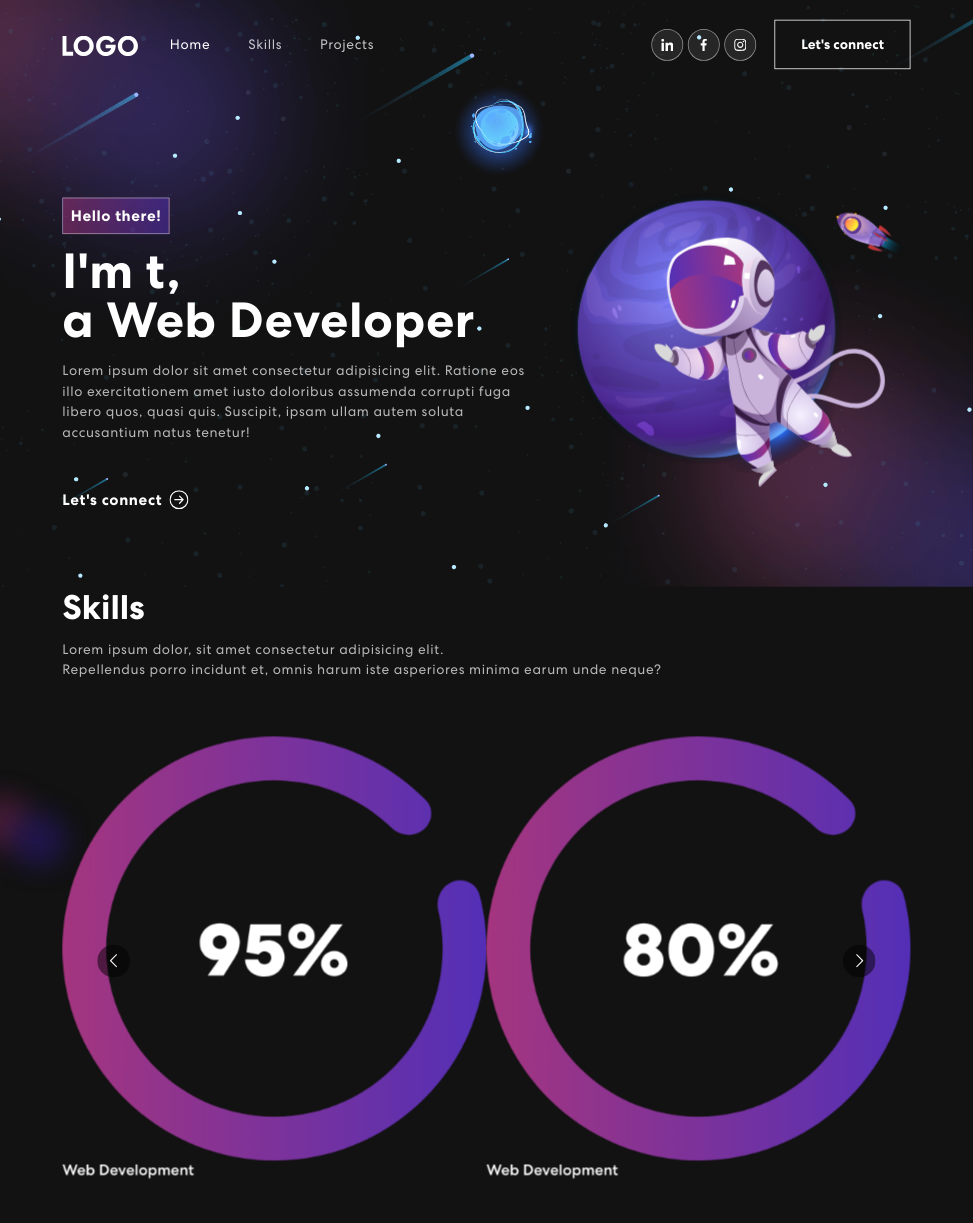
Repository: tynoschuck/personal-space-portfolio
Page: /
An editor plug-in stored every save of this project. The page is shown before and after the next save, followed by the edit.
The browser window is 1280 px wide. The pictures show the whole page, at 76% of full size.
The project was rebuilt for these pictures with package versions that can differ from the ones it lists, and the page was loaded fresh each time.

Above is the page before, as saved 2023-01-02 13:28:49.

### src/App.js
import logo from "./logo.svg";
import "./App.css";
import { NavBar } from "./components/NavBar";
import { Banner } from "./components/Banner";
import { Skills } from "./components/Skills";
import "bootstrap/dist/css/bootstrap.min.css";

function App() {
  return (
    <div className="App">
      <NavBar />
      <Banner />
      <Skills />
    </div>
  );
}

export default App;

### src/App.css
@font-face {
  font-family: Centra;
  src: url('./assets/font/CentraNo2-Bold.ttf');
  font-weight: 700;
}
@font-face {
  font-family: Centra;
  src: url('./assets/font/CentraNo2-Book.ttf');
  font-weight: 400;
}
@font-face {
  font-family: Centra;
  src: url('./assets/font/CentraNo2-Medium.ttf');
  font-weight: 500;
}

* {
  margin: 0;
  padding: 0;
  box-sizing: border-box;
}
html {
  scroll-behavior: smooth;
  scroll-padding-top: 75px;
}
body {
  font-weight: 400;
  overflow-x: hidden;
  position: relative;
  background-color: #121212 !important;
  color: #fff !important;
  font-family: Centra, sans-serif !important;
}

h1, h2, h3, h4, h5, h6 {
  margin: 0;
  padding: 0;
  line-height: normal;
}

a:hover {
  text-decoration: none;
}

img {
  width: 100%;
  height: auto;
}

button {
  border: 0;
  background-color: transparent;
}

input:focus, textarea:focus, select:focus {
  outline: none;
}

@media (min-width:1700px) {
	main .container {
		max-width: 100%;
		padding: 0 150px;
	}
}

p.success {
	color: green;
}

p.danger {
	color: red;
}
/************ Navbar Css ************/
nav.navbar {
  padding: 18px 0;
  position: fixed;
  width: 100%;
  top: 0;
  z-index: 9999;
  transition:  0.32s ease-in-out;
}
nav.navbar.scrolled {
  padding: 0px 0;
  background-color: #121212;
}
nav.navbar a.navbar-brand {
    width: 9%;
}
nav.navbar .navbar-nav .nav-link.navbar-link {
  font-weight: 400;
  color: #fff !important;
  letter-spacing: 0.8px;
  padding: 0 25px;
  font-size: 18px;
  opacity: 0.75;
}
nav.navbar .navbar-nav a.nav-link.navbar-link:hover,
nav.navbar .navbar-nav a.nav-link.navbar-link.active {
    opacity: 1;
}
span.navbar-text {
    display: flex;
    align-items: center;
}
.social-icon {
    display: inline-block;
    margin-left: 14px;
}
.social-icon a {
    width: 42px;
    height: 42px;
    background: rgba(217, 217, 217, 0.1);
    display: inline-flex;
    border-radius: 50%;
    margin-right: 6px;
    align-items: center;
    justify-content: center;
    line-height: 1;
    border: 1px solid rgba(255, 255, 255, 0.5);
}
.social-icon a::before {
    content: "";
    width: 42px;
    height: 42px;
    position: absolute;
    background-color: #ffffff;
    border-radius: 50%;
    transform: scale(0);
	transition: 0.3s ease-in-out;
}
.social-icon a:hover::before {
    transform: scale(1);
}
.social-icon a img {
	width: 40%;
	z-index: 1;
	transition: 0.3s ease-in-out;
}
.social-icon a:hover img {
	filter: brightness(0) saturate(100%) invert(0%) sepia(7%) saturate(98%) hue-rotate(346deg) brightness(95%) contrast(86%);
}
.navbar-text button {
  font-weight: 700;
  color: #fff;
  border: 1px solid #fff;
  padding: 18px 34px;
  font-size: 18px;
  margin-left: 18px;
	position: relative;
	background-color: transparent;
	transition: 0.3s ease-in-out;
}
.navbar-text button span {
  z-index: 1;
}
.navbar-text button::before {
  content: "";
  width: 0%;
  height: 100%;
  position: absolute;
  background-color: #fff;
  left: 0;
  top: 0;
  z-index: -1;
  transition: 0.3s ease-in-out;
}
.navbar-text button:hover {
  color: #121212;
}
.navbar-text button:hover::before {
	content: "";
	width: 100%;
	height: 100%;
	position: absolute;
}
nav.navbar .navbar-toggler:active,
nav.navbar .navbar-toggler:focus {
	outline: none;
    box-shadow: none;
}
nav.navbar .navbar-toggler-icon {
  width: 24px;
  height: 17px;
  background-image: none;
  position: relative;
  border-bottom: 2px solid #fff;
  transition: all 300ms linear;
  top: -2px;
}
nav.navbar .navbar-toggler-icon:focus {
	border-bottom: 2px solid #fff;
}
nav.navbar .navbar-toggler-icon:after,
nav.navbar .navbar-toggler-icon:before {
	width: 24px;
	position: absolute;
	height: 2px;
	background-color: #fff;
	top: 0;
	left: 0;
	content: '';
	z-index: 2;
	transition: all 300ms linear;
}
nav.navbar .navbar-toggler-icon:after {
	top: 8px;
}
nav.navbar .navbar-toggler[aria-expanded="true"] .navbar-toggler-icon:after {
	transform: rotate(45deg);
	background-color: #fff;
	height: 2px;
}
nav.navbar .navbar-toggler[aria-expanded="true"] .navbar-toggler-icon:before {
	transform: translateY(8px) rotate(-45deg);
	background-color: #fff;
	height: 2px;
}
nav.navbar .navbar-toggler[aria-expanded="true"] .navbar-toggler-icon {
	border-color: transparent;
}

/************ Banner Css ************/
.banner {
  margin-top: 0;
  padding: 260px 0 100px 0;
  background-image: url('./assets/img/banner-bg.png');
  background-position: top center;
  background-size: cover;
  background-repeat: no-repeat;
}
.banner .tagline {
  font-weight: 700;
  letter-spacing: 0.8px;
  padding: 8px 10px;
  background: linear-gradient(90.21deg, rgba(170, 54, 124, 0.5) -5.91%, rgba(74, 47, 189, 0.5) 111.58%);
  border: 1px solid rgba(255, 255, 255, 0.5);
  font-size: 20px;
  margin-bottom: 16px;
  display: inline-block;
}
.banner h1 {
  font-size: 65px;
  font-weight: 700;
  letter-spacing: 0.8px;
  line-height: 1;
  margin-bottom: 20px;
  display: block;
}
.banner p {
  color: #B8B8B8;
  font-size: 18px;
  letter-spacing: 0.8px;
  line-height: 1.5em;
  width: 96%;
}
.banner button {
  color: #fff;
  font-weight: 700;
  font-size: 20px;
  margin-top: 60px;
  letter-spacing: 0.8px;
  display: flex;
  align-items: center;
}
.banner button svg {
  font-size: 25px;
  margin-left: 10px;
  transition: 0.3s ease-in-out;
  line-height: 1;
}
.banner button:hover svg {
  margin-left: 25px;
}
.banner img {
  animation: updown 3s linear infinite;
}
@keyframes updown {
    0% {
        transform: translateY(-20px);
    }
    50% {
        transform: translateY(20px);
    }
    100% {
        transform: translateY(-20px);
    }
}
.txt-rotate > .wrap {
  border-right: 0.08em solid #666;
}
/************ Skills Css ************/
.skill {
  padding: 0 0 50px 0;
  position: relative;
}
.skill-bx {
  background: #151515;
  border-radius: 64px;
  text-align: center;
  padding: 60px 50px;
  margin-top: -60px;
}
.skill h2 {
	font-size: 45px;
	font-weight: 700;
}
.skill p {
    color: #B8B8B8;
    font-size: 18px;
    letter-spacing: 0.8px;
    line-height: 1.5em;
    margin: 14px 0 75px 0;
}
.skill-slider {
  width: 20%;
  margin: 0 auto;
  position: relative;
}
.skill-slider .item img {
  width: 20%;
  margin: 0 auto 15px auto;
}
.background-image-left {
  top: 28%;
  position: absolute;
  bottom: 0;
  width: 10%;
  z-index: -4;
}

### src/components/NavBar.js
import { useState, useEffect } from "react";
import { Navbar, Container, Nav } from "react-bootstrap";
import logo from "../assets/img/logo.svg";
import navIcon1 from "../assets/img/nav-icon1.svg";
import navIcon2 from "../assets/img/nav-icon2.svg";
import navIcon3 from "../assets/img/nav-icon3.svg";

export const NavBar = () => {
  const [activeLink, setActiveLink] = useState("home");
  const [scrolled, setScrolled] = useState(false);

  useEffect(() => {
    const onScroll = () => {
      if (window.scrollY > 50) {
        setScrolled(true);
      } else {
        setScrolled(false);
      }
    };
    window.addEventListener("scroll", onScroll);

    return () => window.removeEventListener("scroll", onScroll);
  }, []);

  const onUpdateActiveLink = (value) => {
    setActiveLink(value);
  };

  return (
    <Navbar expand="lg" className={scrolled ? "scrolled" : ""}>
      <Container>
        <Navbar.Brand href="#home">
          <img src={logo} alt="logo" />
        </Navbar.Brand>
        <Navbar.Toggle aria-controls="basic-navbar-nav">
          <span className="navbar-toggler-icon"></span>
        </Navbar.Toggle>
        <Navbar.Collapse id="basic-navbar-nav">
          <Nav className="me-auto">
            <Nav.Link
              href="#home"
              className={
                activeLink === "home" ? "active navbar-link" : "navbar-link"
              }
              onClick={() => onUpdateActiveLink("home")}
            >
              Home
            </Nav.Link>
            <Nav.Link
              href="#skills"
              className={
                activeLink === "skills" ? "active navbar-link" : "navbar-link"
              }
              onClick={() => onUpdateActiveLink("skills")}
            >
              Skills
            </Nav.Link>
            <Nav.Link
              href="#projects"
              className={
                activeLink === "projects" ? "active navbar-link" : "navbar-link"
              }
              onClick={() => onUpdateActiveLink("projects")}
            >
              Projects
            </Nav.Link>
          </Nav>
          <span className="navbar-text">
            <div className="social-icon">
              <a href="#">
                <img src={navIcon1} alt="" />
              </a>
              <a href="#">
                <img src={navIcon2} alt="" />
              </a>
              <a href="#">
                <img src={navIcon3} alt="" />
              </a>
            </div>
            <button className="vvd">
              <span>Let's connect</span>
            </button>
          </span>
        </Navbar.Collapse>
      </Container>
    </Navbar>
  );
};

### src/components/Banner.js
import { useState, useEffect } from "react";
import { Container, Row, Col } from "react-bootstrap";
import { ArrowRightCircle } from "react-bootstrap-icons";
import headerImg from "../assets/img/header-img.svg";

export const Banner = () => {
  const [loopNum, setLoopNum] = useState(0);
  const [isDeleting, setIsDeleting] = useState(false);
  const toRotate = ["Dado", "tynoschuck", "Davide"];
  const [text, setText] = useState("");
  const [delta, setDelta] = useState(300 - Math.random() * 100);
  const period = 2000;

  useEffect(() => {
    let ticker = setInterval(() => {
      tick();
    }, delta);

    return () => {
      clearInterval(ticker)};
  // eslint-disable-next-line react-hooks/exhaustive-deps
  }, [text])

  const tick = () => {
    let i = loopNum % toRotate.length;
    let fullText = toRotate[i];
    let updatedText = isDeleting
      ? fullText.substring(0, text.length - 1)
      : fullText.substring(0, text.length + 1);
    setText(updatedText);

    if (isDeleting) {
      setDelta((prevDelta) => prevDelta / 2);
    }
    if (!isDeleting && updatedText === fullText) {
      setIsDeleting(true);
      setDelta(period);
    } else if (isDeleting && updatedText === "") {
      setIsDeleting(false);
      setLoopNum(loopNum + 1);
      setDelta(500);
    }
  }

  return (
    <section className="banner" id="home">
      <Container>
        <Row className="align-items-center">
          <Col xs={12} md={6} xl={7}>
            <span className="tagline">Hello there!</span>
            <h1>
              <span className="wrap">I'm {text}, </span>
              <br />{`a Web Developer`}
            </h1>
            <p>
              Lorem ipsum dolor sit amet consectetur adipisicing elit. Ratione
              eos illo exercitationem amet iusto doloribus assumenda corrupti
              fuga libero quos, quasi quis. Suscipit, ipsam ullam autem soluta
              accusantium natus tenetur!
            </p>
            <button>
              Let's connect <ArrowRightCircle size={25} />
            </button>
          </Col>
          <Col xs={12} md={6} xl={5}>
            <img src={headerImg} alt="header_img" />
          </Col>
        </Row>
      </Container>
    </section>
  );
};

### src/components/Skills.js
import { Container, Row, Col } from "react-bootstrap";
import Carousel from "react-multi-carousel";
import "react-multi-carousel/lib/styles.css";

import meter1 from '../assets/img/meter1.svg';
import meter2 from '../assets/img/meter2.svg';
import meter3 from '../assets/img/meter3.svg';
import colorSharp from '../assets/img/color-sharp.png';


export const Skills = () => {
    const responsive = {
        superLargeDesktop: {
          // the naming can be any, depends on you.
          breakpoint: { max: 4000, min: 3000 },
          items: 5
        },
        desktop: {
          breakpoint: { max: 3000, min: 1024 },
          items: 3
        },
        tablet: {
          breakpoint: { max: 1024, min: 464 },
          items: 2
        },
        mobile: {
          breakpoint: { max: 464, min: 0 },
          items: 1
        }
      };

      return (
        <section className="skill" id="skills">
            <Container>
                <Row>
                    <Col>
                        <div className="skills-bx">
                            <h2>
                                Skills
                            </h2>
                            <p>Lorem ipsum dolor, sit amet consectetur adipisicing elit. <br />Repellendus porro incidunt et, omnis harum iste asperiores minima earum unde neque?</p>
                            <Carousel responsive={responsive} infinite={true} className="skills-slider">
                                <div className="item">
                                    <img src={meter1} alt="Carousel_img" />
                                    <h5>Web Development</h5>
                                </div>
                                <div className="item">
                                    <img src={meter2} alt="Carousel_img" />
                                    <h5>Web Development</h5>
                                </div>
                                <div className="item">
                                    <img src={meter3} alt="Carousel_img" />
                                    <h5>Web Development</h5>
                                </div>
                                <div className="item">
                                    <img src={meter1} alt="Carousel_img" />
                                    <h5>Web Development</h5>
                                </div>
                            </Carousel>
                        </div>
                    </Col>
                </Row>
            </Container>
            <img className="background-image-left" src={colorSharp} alt="" />
        </section>
      )
}

Loaded but not shown: public/index.html (common file); src/index.js (common file); src/index.css (common file); src/reportWebVitals.js (common file)

After the next save:
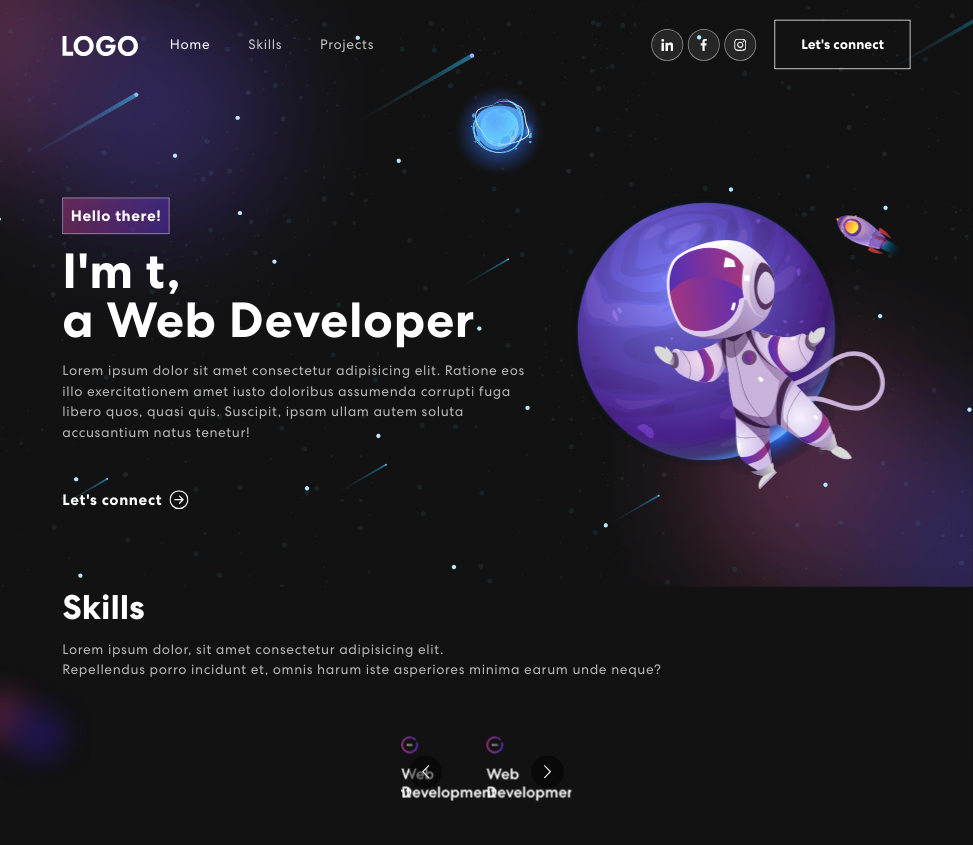
Saved 7 min 35 s later.
--- a/src/components/Skills.js
+++ b/src/components/Skills.js
@@ -39,7 +39,7 @@ export const Skills = () => {
                                 Skills
                             </h2>
                             <p>Lorem ipsum dolor, sit amet consectetur adipisicing elit. <br />Repellendus porro incidunt et, omnis harum iste asperiores minima earum unde neque?</p>
-                            <Carousel responsive={responsive} infinite={true} className="skills-slider">
+                            <Carousel responsive={responsive} infinite={true} className="skill-slider">
                                 <div className="item">
                                     <img src={meter1} alt="Carousel_img" />
                                     <h5>Web Development</h5>
